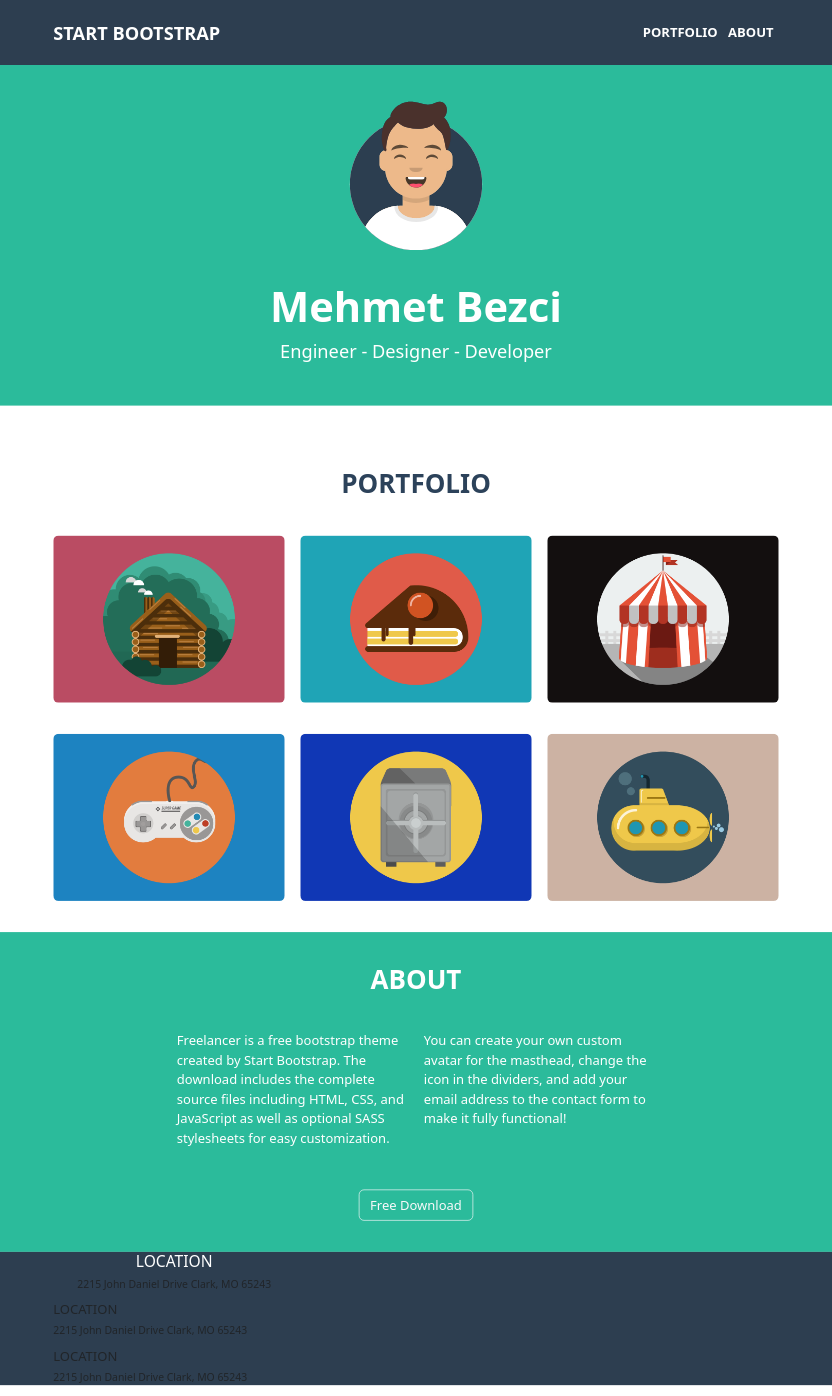
Repository: 7JaxeN7/WT-1255P-Mehmet_BEZC-
Page: index.html
An editor plug-in stored every save of this project. The page is shown before and after the next save, followed by the edit.
The browser window is 1280 px wide. The pictures show the whole page, at 65% of full size.

Above is the page before, as saved 2025-01-06 22:33:36.

### index.html
<!DOCTYPE html>
<html lang="tr">

<head>
  <meta charset="UTF-8">
  <meta name="viewport" content="width=device-width, initial-scale=1.0">
  <link rel="stylesheet" href="style.css">
  <link href="https://cdn.jsdelivr.net/npm/bootstrap@5.3.3/dist/css/bootstrap.min.css" rel="stylesheet"
    integrity="sha384-QWTKZyjpPEjISv5WaRU9OFeRpok6YctnYmDr5pNlyT2bRjXh0JMhjY6hW+ALEwIH" crossorigin="anonymous">
  <title>Start Bootstrap</title>
</head>

<body>
  <!-- Navbar -->
  <header>
    <nav class="navbar navbar-expand-lg navbar-bg">
      <div class="container pt-3 pb-3">
        <a class="navbar-brand text-white fw-bolder fs-3" href="#">START BOOTSTRAP</a>
        <button class="navbar-toggler" type="button" data-bs-toggle="collapse" data-bs-target="#navbarNav"
          aria-controls="navbarNav" aria-expanded="false" aria-label="Toggle navigation">
          <span class="navbar-toggler-icon"></span>
        </button>
        <div class="collapse navbar-collapse" id="navbarNav">
          <ul class="navbar-nav ms-auto">
            <li class="nav-item">
              <a class="nav-link text-white fw-bolder fs-5" href="#">PORTFOLIO</a>
            </li>
            <li class="nav-item">
              <a class="nav-link text-white fw-bolder fs-5" href="#">ABOUT</a>
            </li>
          </ul>
        </div>
      </div>
    </nav>
  </header>
  <!-- Herosection -->
  <div class="herosection-bg pt-5 pb-5">
    <div class="container text-center">
      <img src="/assets/img/avataaars.svg" width="20%" />
      <h1 class="mt-5 text-white fw-bolder display-3">Mehmet Bezci</h1>
      <p class="text-white fs-3">Engineer - Designer - Developer</p>
    </div>
  </div>
  <!-- Portfolio -->
  <div class="portfolio-section">
    <h2 class="text-center mt-5 pt-5 pb-5 fs-1 fw-semibold portfolio-tittle">PORTFOLIO</h2>
    <div class="container">
      <div class="row">
        <div class="col-12 col-md-6 col-lg-4 mb-5">
          <img src="/assets/img/cabin.png" class="img-fluid rounded-3">
        </div>
        <div class="col-12 col-md-6 col-lg-4 mb-5">
          <img src="/assets/img/cake.png" class="img-fluid rounded-3">
        </div>
        <div class="col-12 col-md-6 col-lg-4 mb-5">
          <img src="/assets/img/circus.png" class="img-fluid rounded-3">
        </div>
        <div class="col-12 col-md-6 col-lg-4 mb-5">
          <img src="/assets/img/game.png" class="img-fluid rounded-3">
        </div>
        <div class="col-12 col-md-6 col-lg-4 mb-5">
          <img src="/assets/img/safe.png" class="img-fluid rounded-3">
        </div>
        <div class="col-12 col-md-6 col-lg-4 mb-5">
          <img src="/assets/img/submarine.png" class="img-fluid rounded-3">
        </div>
      </div>
    </div>
  </div>
  <!-- About -->
  <div class="about-section">
    <div class="container">
      <h2 class="about-tittle fs-1 fw-semibold text-center pt-5 pb-5"> ABOUT</h2>
      <div class="row justify-content-center">
        <div class="col-lg-4 fs-5 text-white">
          <p>
            Freelancer is a free bootstrap theme created by Start Bootstrap. The download includes the complete source
            files including HTML, CSS, and JavaScript as well as optional SASS stylesheets for easy customization.
          </p>
        </div>
        <div class="col-lg-4 fs-5 text-white">
          <p>
            You can create your own custom avatar for the masthead, change the icon in the dividers, and add your email
            address to the contact form to make it fully functional!
          </p>
        </div>
      </div>
      <div class="d-flex justify-content-center">
        <button class="mt-5 mb-5 btn btn-outline-light btn-lg">Free Download</button>
      </div>
    </div>
  </div>
  <!-- Footer -->
  <footer>
    <div class="footer-section">
      <div class="container">
        <div class="col-lg-4 text-center">
          <h5 class="fs-4 text-white fs-5">LOCATION</h5>
          <p>2215 John Daniel Drive
            Clark, MO 65243</p>
        </div>
        <div class="col-lg-4">
          <h5>LOCATION</h5>
          <p>2215 John Daniel Drive
            Clark, MO 65243</p>
        </div>
        <div class="col-lg-4">
          <h5>LOCATION</h5>
          <p>2215 John Daniel Drive
            Clark, MO 65243</p>
        </div>
      </div>
    </div>
  </footer>
  <!-- Burası bootstrap script kısmı -->
  <script src="https://cdn.jsdelivr.net/npm/bootstrap@5.3.3/dist/js/bootstrap.bundle.min.js"
    integrity="sha384-YvpcrYf0tY3lHB60NNkmXc5s9fDVZLESaAA55NDzOxhy9GkcIdslK1eN7N6jIeHz"
    crossorigin="anonymous"></script>
</body>

</html>

### style.css
.navbar-bg {
  background-color: #2d3e50 !important;
}
.herosection-bg{
    background-color: #2bbb9b ;
}
.portfolio-tittle{
    color: #2c425a;
}
.about-section{
    background-color: #2bbb9b ;
}
.about-tittle{
    color: #ffffff;
}
.footer-section{
    background-color: #2d3e50;
}

After the next save:
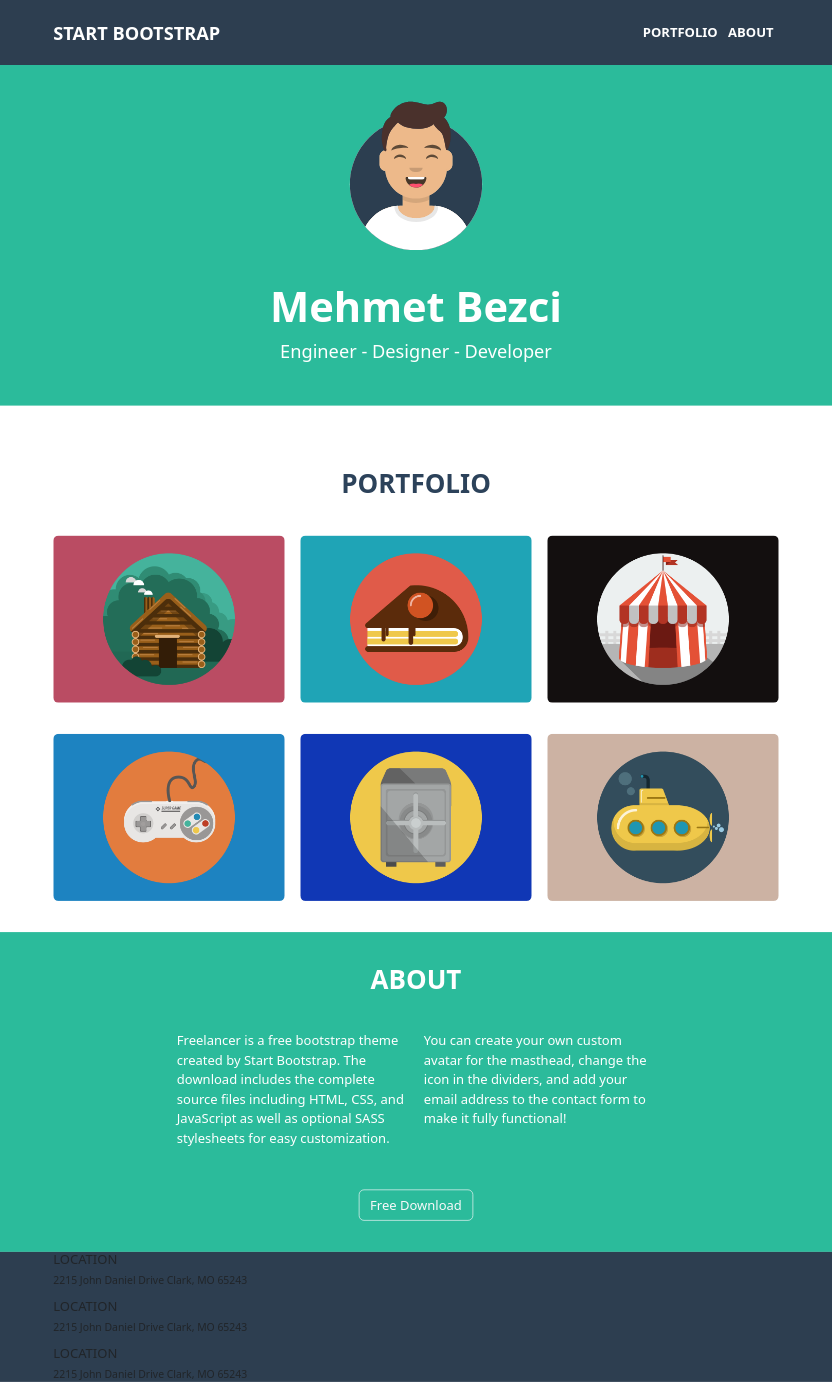
Saved 112 min 34 s later.
--- a/index.html
+++ b/index.html
@@ -91,11 +91,11 @@
     </div>
   </div>
   <!-- Footer -->
-  <footer>
+   <footer>
     <div class="footer-section">
       <div class="container">
-        <div class="col-lg-4 text-center">
-          <h5 class="fs-4 text-white fs-5">LOCATION</h5>
+        <div class="col-lg-4">
+          <h5>LOCATION</h5>
           <p>2215 John Daniel Drive
             Clark, MO 65243</p>
         </div>
@@ -111,7 +111,7 @@
         </div>
       </div>
     </div>
-  </footer>
+   </footer>
   <!-- Burası bootstrap script kısmı -->
   <script src="https://cdn.jsdelivr.net/npm/bootstrap@5.3.3/dist/js/bootstrap.bundle.min.js"
     integrity="sha384-YvpcrYf0tY3lHB60NNkmXc5s9fDVZLESaAA55NDzOxhy9GkcIdslK1eN7N6jIeHz"
